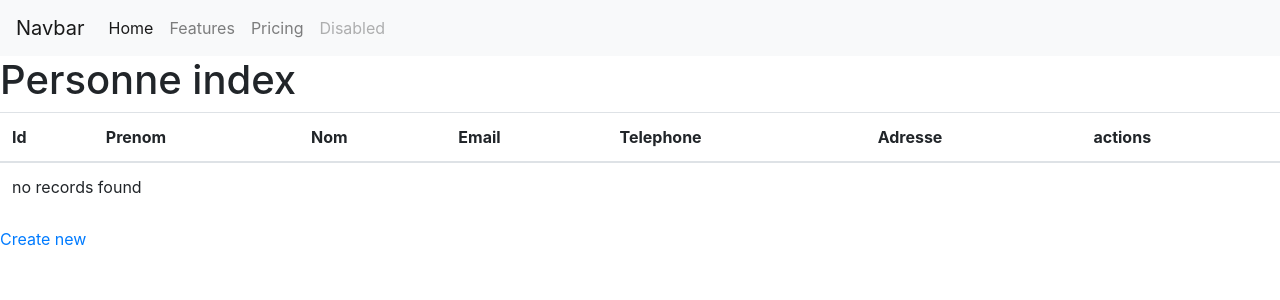
Repository: as199/relation
Page: templates/personne/index.html.twig
These files come from the project's save history. The page is drawn as it stood at one moment and after the next save; the edit follows.
The browser window is 1280 px wide. The pictures show the whole page.
The page is a Twig template of a Symfony application; nobody is signed in and links lead nowhere. The template is opened directly, without the code that normally fills it, so the values that code supplies are empty.

Above is the page before, as saved 2020-07-08 08:42:48.

After the next save:
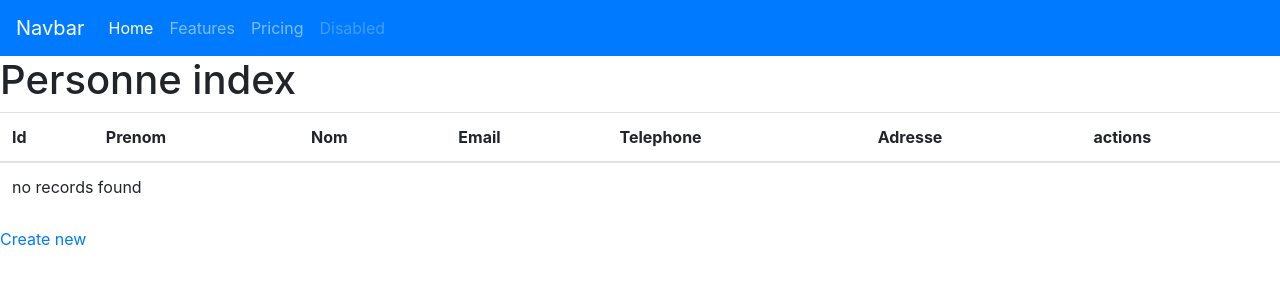
Saved 46 s later.
--- a/templates/base.html.twig
+++ b/templates/base.html.twig
@@ -11,7 +11,7 @@
             crossorigin="anonymous">
     </head>
     <body>
-        <nav class="navbar navbar-expand-lg navbar-light bg-light">
+        <nav class="navbar navbar-expand-lg navbar-dark bg-primary">
             <a class="navbar-brand" href="#">Navbar</a>
             <button class="navbar-toggler" type="button" data-toggle="collapse"
                 data-target="#navbarNav"
